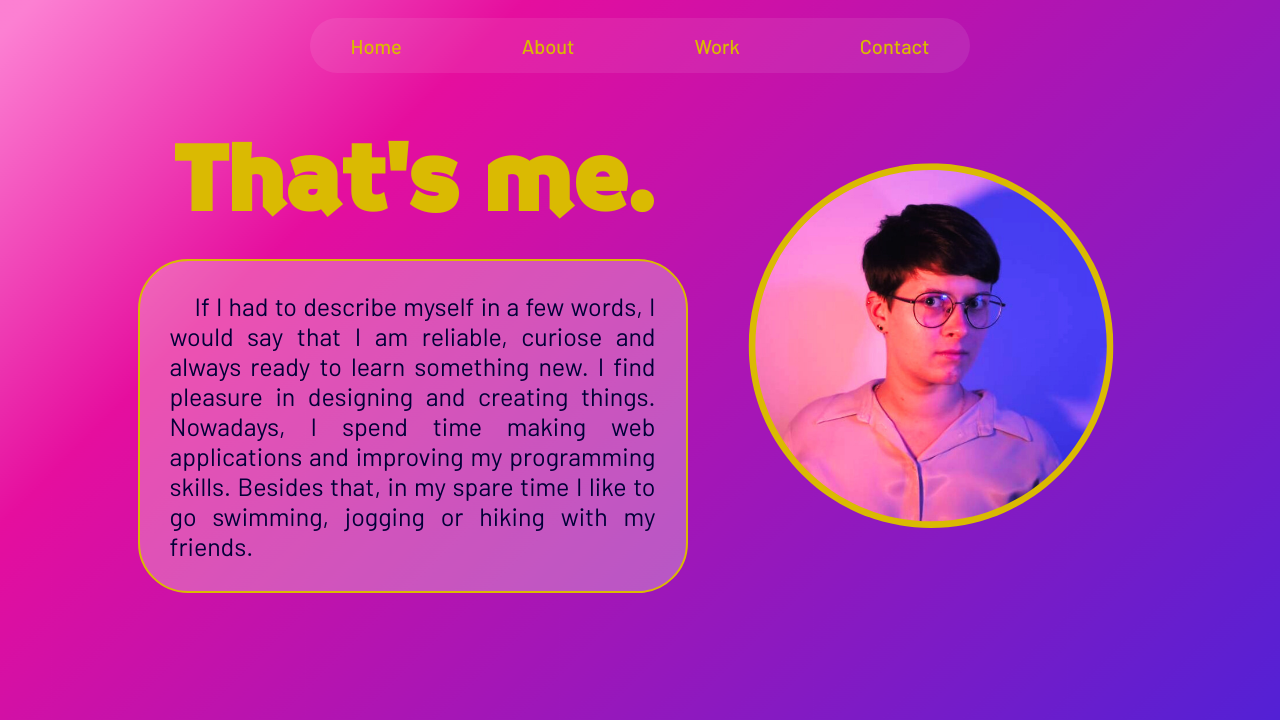
Repository: JJonka/portfolio_site
Page: /about
The author's editor kept a copy of each file at every save. The page is drawn from the files as they stood at one save, then again after the next save.
The browser window is 1280 px wide. The pictures show the whole page.
The project was rebuilt for these pictures with package versions that can differ from the ones it lists, and the page was loaded fresh each time. Also part of the build but not shown: vite.config.ts, src/pages/HomePage.tsx, src/components/LogoIcon.module.scss, src/components/LogoIcon.tsx, src/pages/Contact.tsx, src/pages/Work.module.scss, src/pages/Work.tsx.

Above is the page before, as saved 2023-10-08 15:58:29.

### index.html
<!doctype html>
<html lang="en">
  <head>
    <meta charset="UTF-8" />
    <link rel="icon" href="./src/assets/jj_logo.svg">
    <meta name="viewport" content="width=device-width, initial-scale=1.0" />
    <title>Joanna Jurasz - software developer</title>
  </head>
  <body>
    <div id="root"></div>
    <script type="module" src="/src/index.tsx"></script>
  </body>
</html>

### src/index.tsx
import React from 'react';
import ReactDOM from 'react-dom/client';
import App from './App';
import { BrowserRouter } from 'react-router-dom';


const root = ReactDOM.createRoot( document.getElementById('root') as HTMLElement);

root.render(
  <BrowserRouter>
    <App />
  </BrowserRouter>
);

### src/App.tsx
import { Routes, Route } from 'react-router-dom';
import HomePage from './pages/HomePage';
import About from './pages/About';
import Contact from './pages/Contact';
import Work from './pages/Work';
import './App.css'


const App = () => {
    return (
      <div>
      <div className='mainBackground' />
      <div className='layer1' />
      <div className='layer2' />

      <Routes>
        <Route path='/' element={ <HomePage /> } />
        <Route path='/about' element={ <About /> } />
        <Route path='/work' element={ <Work /> } />
        <Route path='/contact' element={ <Contact /> }/>
      </Routes>
      </div>
    )
}

export default App;

### src/pages/About.tsx
import Menu from "../components/Menu";
import styles from "./About.module.scss"
import EndOfSection from "../components/EndOfSection";

const About = () => {
    return (
        <div className={styles.card}>
            <Menu></Menu>
            <div className={styles.container}>
                <div className={styles.text}>
                    <h1 className={styles.header}>That's me.</h1>
                    <div className={styles.box}>
                        <p className={styles.aboutMe}>&emsp;If I had to describe myself in a few words, I would say that I am reliable,
                            curiose and always ready to learn something new. I find pleasure in designing and creating things. Nowadays,
                            I spend time making web applications and improving my programming skills. Besides that, in my spare time
                            I like to go swimming, jogging or hiking with my friends.
                        </p>
                    </div>
                </div>
                <img src="/src/assets/jj.svg" className={styles.image} alt="Jo_pic"></img>
            </div>
            <EndOfSection></EndOfSection>
        </div>
    )
};

export default About;

### src/App.css
@font-face {
  font-family: 'Barlow-Light';
  src: url(/fonts/Barlow-Light.ttf);
}

@font-face {
	font-family: 'Barlow-Regular' ;
	src: url(/fonts/Barlow-Regular.ttf);
}

body {
	display: flex;
	flex-direction: column;
    align-items: center;
    font-family: 'Barlow-Light';
	text-align: center;
    padding-left: calc(100vw - 100%);
    --main-color: #daba02;
}

.mainBackground {
    background-image: linear-gradient(135deg, #fc79d0 15%, #e40199 30% , #2719e0 85%);
    animation: slide 5s linear infinite alternate;
    animation-fill-mode: backwards;
    position: fixed;
    top: 0;
    bottom: 0;
    left: -50%;
    right: -50%;
    opacity: 0.95;
    z-index: -1;
}




@keyframes slide {
    0% {
        transform: translateX(-20%);
    }
    100% {
        transform: translateX(10%);
    }

}

### src/components/Menu.tsx
import styles from "./Menu.module.scss";
import  LinkToPage  from "./LinkToPage"

const Menu = () => {

    return (
        <div className={styles.menu}>
            <LinkToPage
                link = {'/'}
                urlTo = {"http://localhost:5173/"}
                linkTitle= {"Home"}
            ></LinkToPage>
            <LinkToPage
                link = {'/about'}
                urlTo = {"http://localhost:5173/about"}
                linkTitle= {"About"}
            ></LinkToPage>
            <LinkToPage
                link = {'/work'}
                urlTo = {"http://localhost:5173/work"}
                linkTitle= {"Work"}
            ></LinkToPage>
            <LinkToPage
                link = {'/contact'}
                urlTo = {"http://localhost:5173/contact"}
                linkTitle= {"Contact"}
            ></LinkToPage>
        </div>
    )
};

export default Menu;

### src/pages/HomePage.module.scss
@font-face {
    font-family: 'BraahOne-Regular';
    src: url(/fonts/BraahOne-Regular.ttf);
}

.header {
    color: var(--main-color);
    font-family: "BraahOne-Regular";
    font-size: 130px;
    margin-bottom: 10px;
    margin-top: 25px;
}

.introduction {
    color: var(--main-color);
    font-family: "BraahOne-Regular";
    font-size: 40px;
    font-weight: 50;
    margin-top: 5px;

}

.imgTop {
    position: absolute;
    top: 50px;
    left: 50px;
    max-width: 30%;
    max-height: 30%;
}

.imgBottom {
    position: absolute;
    bottom: 0;
    right: 70px;
    max-width: 30%;
    max-height: 30%;
}

.container {
    display: flex;
    flex-direction: column;
    align-items: center;
    position: relative;
    width: 1300px;
    height: 675px;
}

.card {
    display: flex;
    flex-direction: column;
    align-items: center;
}

### src/pages/About.module.scss
@font-face {
	font-family: 'Barlow-Regular' ;
	src: url(/fonts/Barlow-Regular.ttf);
}

.card {
    display: flex;
    flex-direction: column;
    align-items: center;
}

.header {
    color: var(--main-color);
    font-family: "BraahOne-Regular";
    font-size: 100px;
    margin-bottom: 10px;
    margin-top: 15px;
}

.container {
    justify-content: center;
    display: flex;
    flex-direction: row;
    height: 450px;
    width: 1100px;
    gap: 50px;
    margin-bottom: 10px;
    margin-top: 40px;
}

.image {
    max-width: 90%;
    max-height: 90%;
}

.text {
    height: 400px;
    width: 550px;
    display: flex;
    flex-direction: column;
    align-items: center;
    justify-content: center;
}

.aboutMe {
    font-family: "Barlow-Regular";
    font-size: 25px;
    color:  rgb(0, 0, 55);
    margin: 0;
    padding: 30px;

}

.box {
    background-color: rgba(255, 253, 229, 0.277);
    border-color: var(--main-color);
    border-radius: 50px;
    border-style: solid;
    border-width: 2px;
    text-align: justify;
}

### src/components/EndOfSection.tsx
import styles from "./EndOfSection.module.scss"

const EndOfSection = () => {
    return (
        <img src="" className={styles.endOfSection}></img>
    )
}

export default EndOfSection

### src/pages/Contact.module.scss
@font-face {
	font-family: 'Barlow-Regular' ;
	src: url(/fonts/Barlow-Regular.ttf);
}
@font-face {
    font-family: 'Barlow-Medium';
    src: url(/fonts/Barlow-Medium.ttf);
}

.card {
    align-items: center;
    display: flex;
    flex-direction: column;
}

.container {
    display: flex;
    flex-direction: column;
    align-items: center;
    height: 500px;
    width: 1100px;
    margin-bottom: 100px;
}

.header {
    color: var(--main-color);
    font-family: "BraahOne-Regular";
    font-size: 70px;
    margin-bottom: 10px;
    margin-top: 30px;

}

.logos {
    display: flex;
    flex-direction: row;
    gap: 250px;
    margin-top: 50px;
    margin-bottom: 120px;
    justify-content: center;
    width: 1000px;
}

a {
    text-decoration: none;
}

### src/components/Menu.module.scss
@font-face {
    font-family: 'Barlow-Medium';
    src: url(/fonts/Barlow-Medium.ttf);
}


.menu {
    border-radius: 50px;
    font-family: 'Barlow-Medium';
    font-size: 20px;
    margin-top: 10px;
    margin-bottom: 30px;
    width: 620px;
    height: 15px;
    padding: 20px;
    display: flex;
    flex-direction: row;
    align-items: center;
    justify-content: center;
    column-gap: 30px;
    background-color:rgba(255, 255, 255, 0.083);;

}

### src/components/LinkToPage.tsx
import { Link } from "react-router-dom";
import styles from "./LinkToPage.module.scss"

interface LinkTo  {
    link: string
    urlTo: string
    linkTitle: string
}

const LinkToPage = (props: LinkTo) => {
    return (
        <div>
            <Link to={props.link} className={document.URL == props.urlTo ? styles.active : styles.link}>{props.linkTitle} </Link>
        </div>
    )
}

export default LinkToPage

### src/components/EndOfSection.module.scss
.endOfSection {
    max-width: 150px;
}

### src/components/LinkToPage.module.scss
.link {
    text-decoration: none;
    color: var(--main-color);
    margin: 10px 25px;
    padding: 5px 20px;
}

.link:hover {
    margin: 10px 25px;
    padding: 5px 20px;
    background-color: rgba(255, 255, 255, 0.259);
    border-radius: 50px;
    transition: background-color 1s;
}

.active {
    text-decoration: none;
    color: var(--main-color);
    margin: 10px 25px;
    padding: 5px 20px;
    background-color: rgba(255, 255, 255, 0.259);
    border-radius: 50px;
}

After the next save:
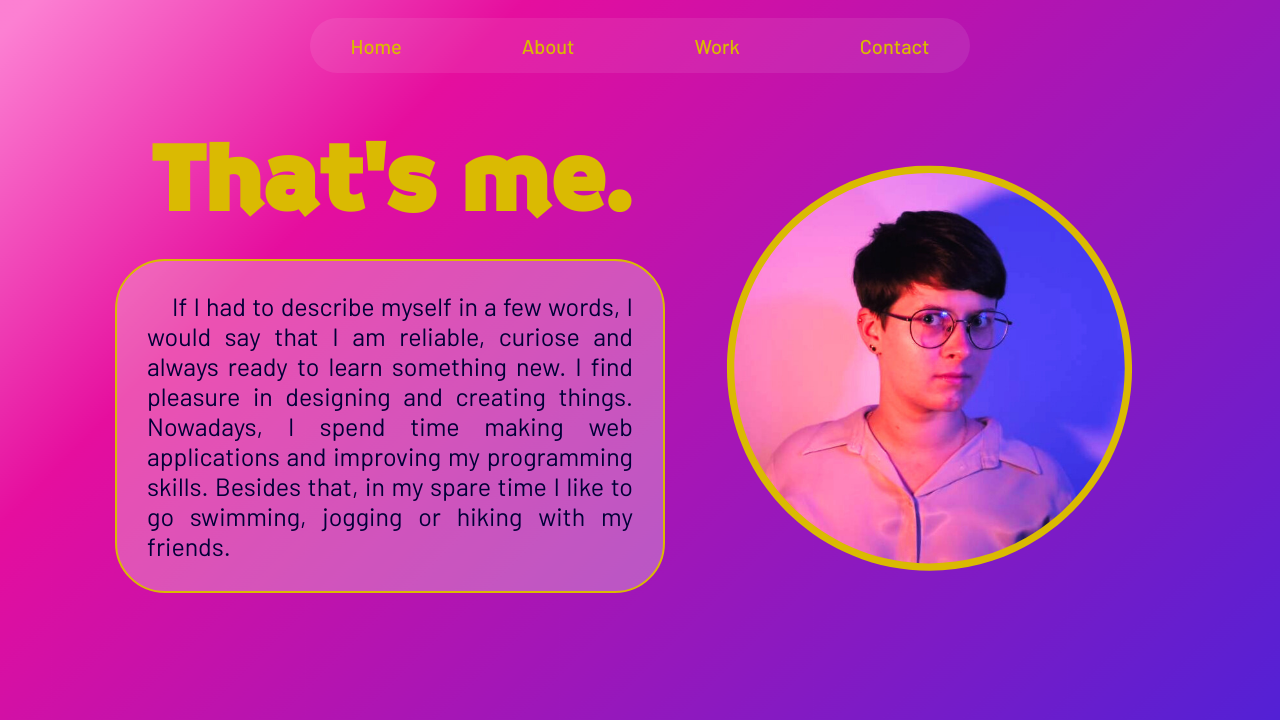
Saved 23 s later.
--- a/src/pages/About.module.scss
+++ b/src/pages/About.module.scss
@@ -29,8 +29,8 @@
 }
 
 .image {
-    max-width: 90%;
-    max-height: 90%;
+    max-width: 100%;
+    max-height: 100%;
 }
 
 .text {
